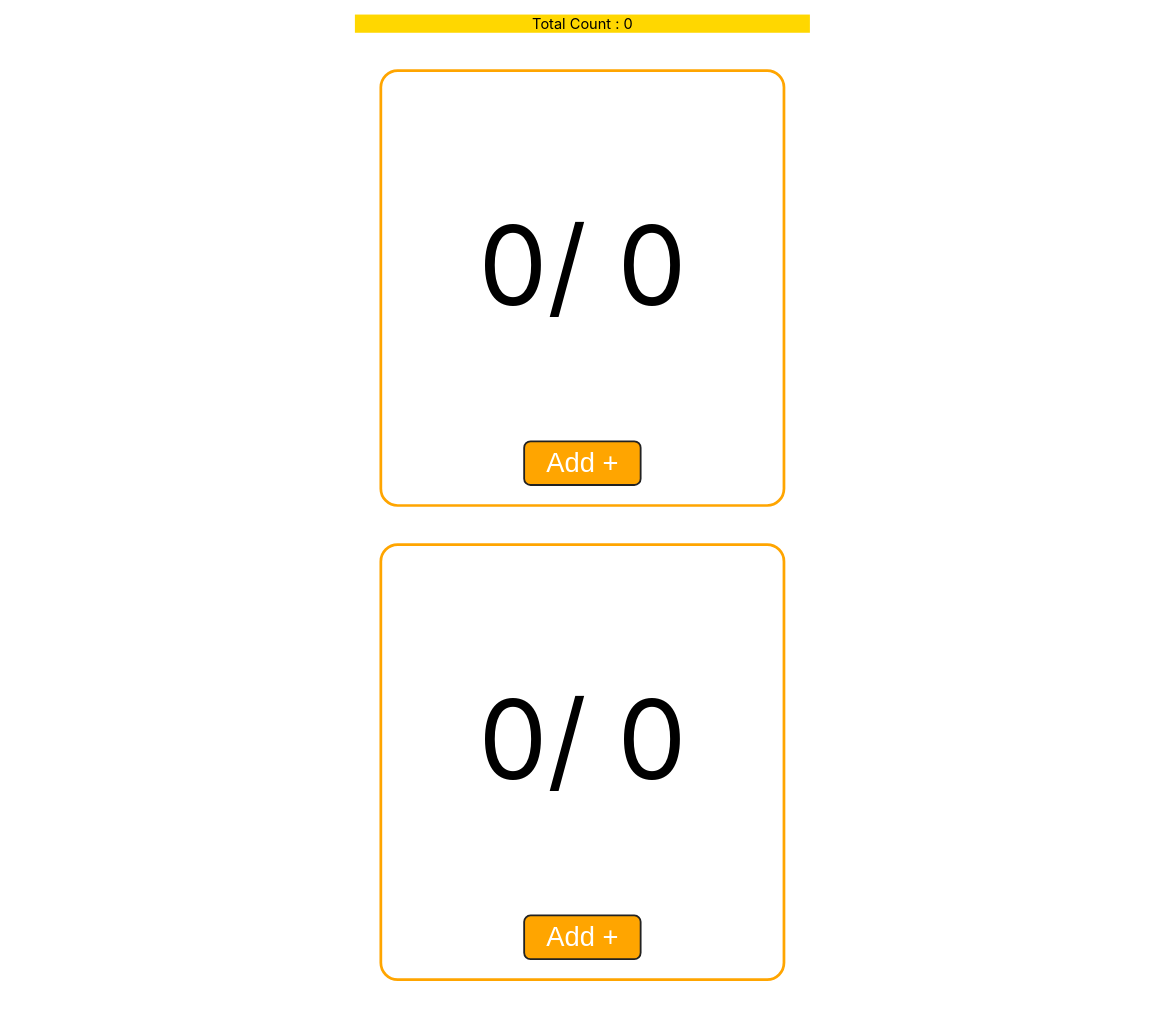
Repository: dnjfht/css-example
Page: /
The author's editor kept a copy of each file at every save. The page is drawn from the files as they stood at one save, then again after a run of saves.
The browser window is 1280 px wide. The pictures show the whole page, at 91% of full size.
The project was rebuilt for these pictures with package versions that can differ from the ones it lists, and the page was loaded fresh each time.

Above is the page before, as saved 2023-05-09 19:38:55.

### src/App.js
import React, { useState } from "react";
import Counter from "./components/Counter";

export default function App() {
  const [total, setTotal] = useState(0);

  const handleClickTotal = () => {
    setTotal((prev) => prev + 1);
  };
  return (
    <div style={{ textAlign: "center", width: 500, margin: "0 auto" }}>
      <p style={{ width: "100%", backgroundColor: "gold" }}>
        Total Count : {total}
      </p>
      <Counter total={total} handleClickTotal={handleClickTotal} />
      <Counter total={total} handleClickTotal={handleClickTotal} />
    </div>
  );
}

### src/components/Counter.jsx
import React, { useState } from "react";

export default function Counter({ total, handleClickTotal }) {
  const [count, setCount] = useState(0);

  const handleClickCountUp = () => {
    setCount((prev) => prev + 1);
    handleClickTotal();
  };

  //   const handleClickCountDown = () => {
  //     if (count > 0) setCount(count - 1);
  //   };

  return (
    <div
      style={{
        width: 400,
        padding: 20,
        margin: "40px auto",
        border: "3px solid orange",
        borderRadius: 20,
        display: "flex",
        flexDirection: "column",
        alignItems: "center",
      }}
    >
      <p style={{ fontSize: 120 }}>
        {count}
        <span>/ {total}</span>
      </p>
      <button
        style={{
          width: 130,
          padding: "6px 16px",
          boxSizing: "border-box",
          backgroundColor: "orange",
          border: "2px solid #222",
          borderRadius: 8,
          fontSize: 30,
          color: "white",
        }}
        onClick={handleClickCountUp}
      >
        Add +
      </button>
      {/* <button
        style={{
          width: 130,
          padding: "6px 16px",
          marginTop: 10,
          boxSizing: "border-box",
          backgroundColor: "orange",
          border: "2px solid #222",
          borderRadius: 8,
          fontSize: 30,
          color: "white",
        }}
        onClick={handleClickCountDown}
      >
        Add -
      </button> */}
    </div>
  );
}

Loaded but not shown: public/index.html (common file); src/index.js (common file); src/index.css (common file); src/reportWebVitals.js (common file)

After the next 2 saves:
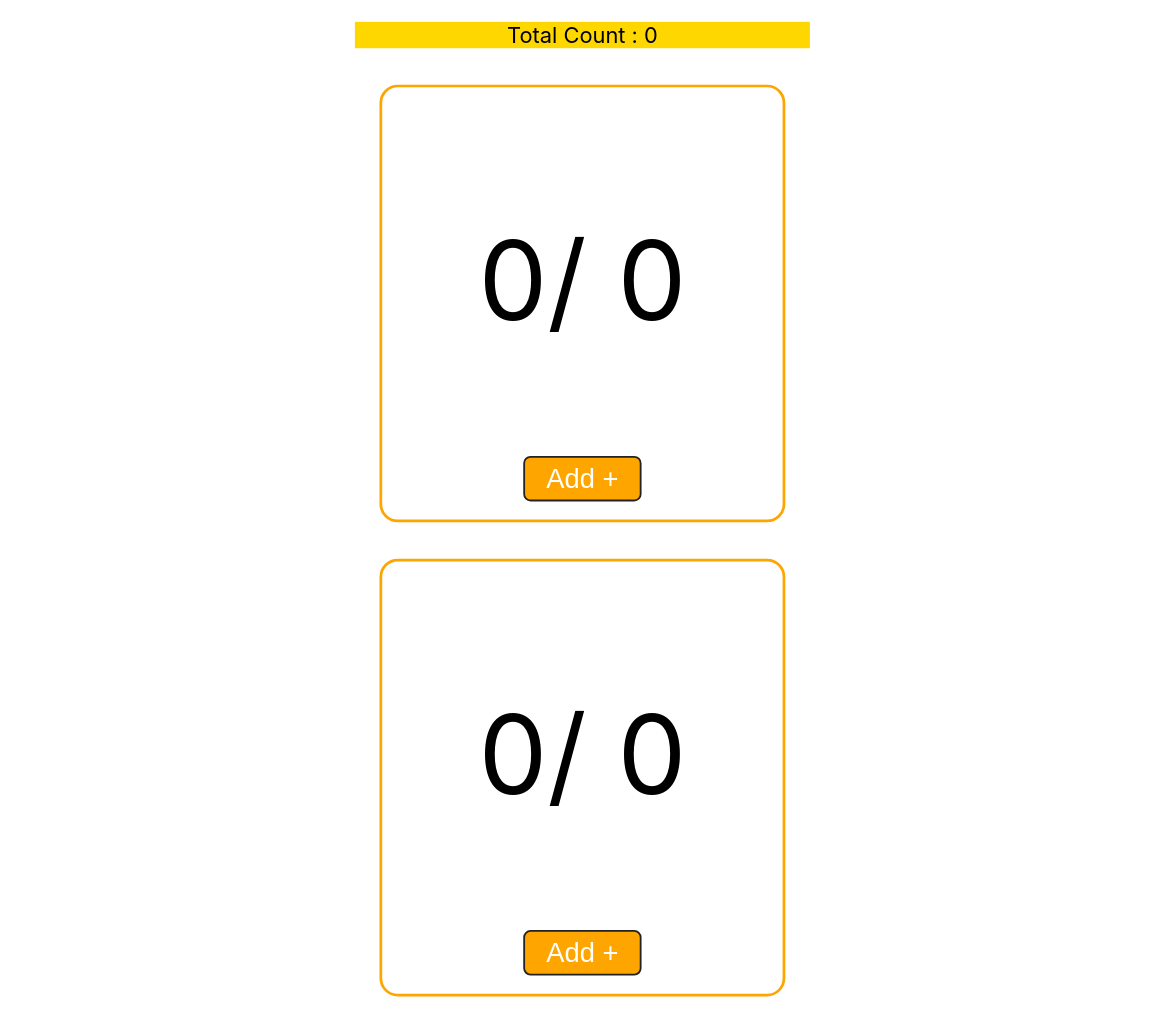
The 2 saves are shown as one change because they came seconds apart.
The last was saved 21 s later.
--- a/src/App.js
+++ b/src/App.js
@@ -9,7 +9,7 @@ export default function App() {
   };
   return (
     <div style={{ textAlign: "center", width: 500, margin: "0 auto" }}>
-      <p style={{ width: "100%", backgroundColor: "gold" }}>
+      <p style={{ width: "100%", backgroundColor: "gold", fontSize: 24 }}>
         Total Count : {total}
       </p>
       <Counter total={total} handleClickTotal={handleClickTotal} />
